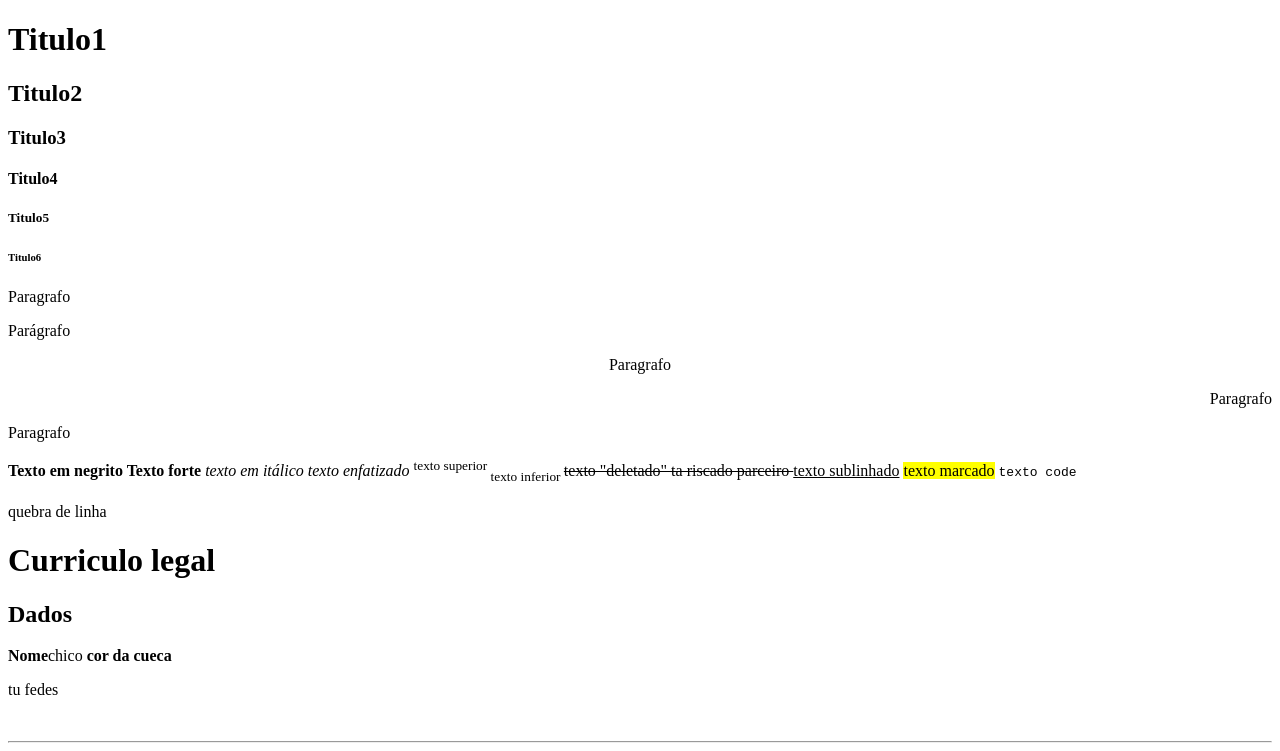
Repository: EmanuelUrbano/introducao_a_tecnologias
Page: estudos/estudo_html/index.html
An editor plug-in stored every save of this project. The page is shown before and after the next save, followed by the edit.
The browser window is 1280 px wide. The pictures show the whole page.

Above is the page before, as saved 2022-04-03 13:13:09.

After the next save:
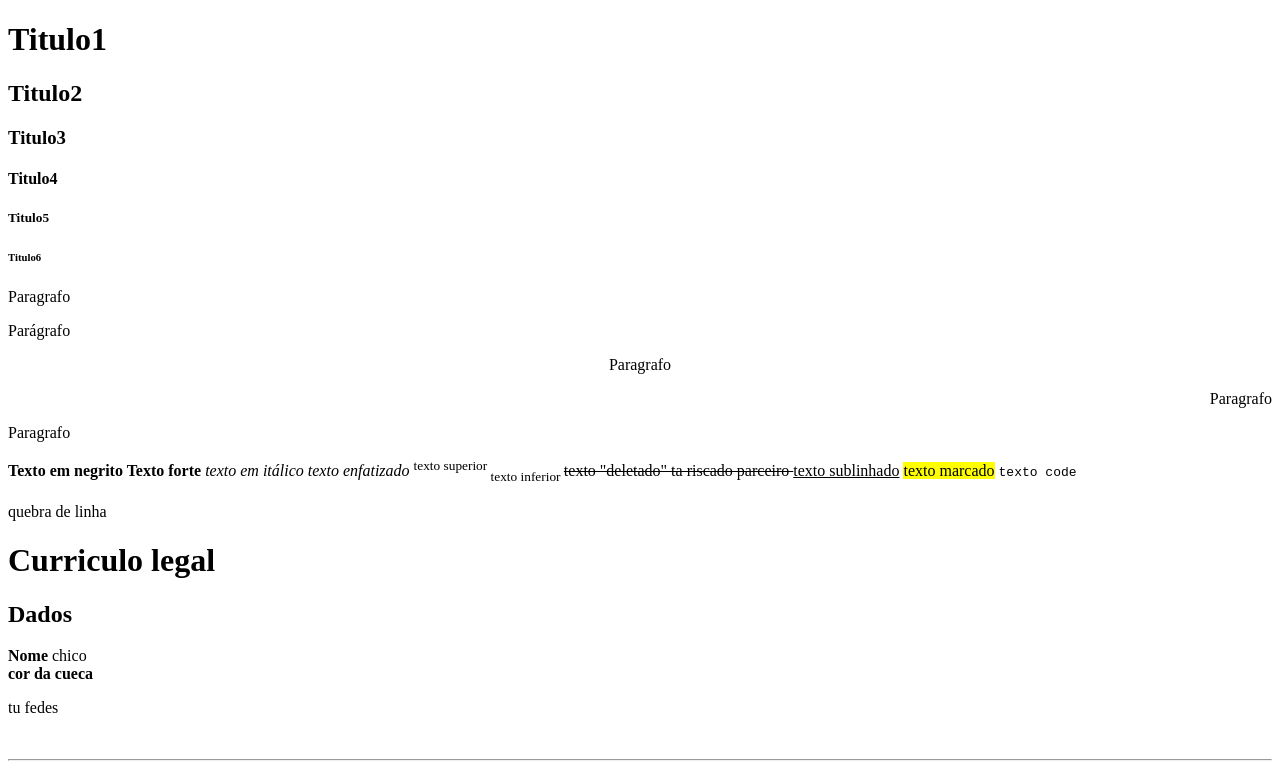
Saved 15 s later.
--- a/estudos/estudo_html/index.html
+++ b/estudos/estudo_html/index.html
@@ -39,7 +39,7 @@
             <!--Titulo seção-->
             <h2>Dados</h2>
             <!--"formulário"-->
-            <b> Nome</b>chico
+            <b> Nome </b>chico <br>
             <b>cor da cueca</b><p>tu fedes</p><br>
         </section>
         <!--linha de separação-->
